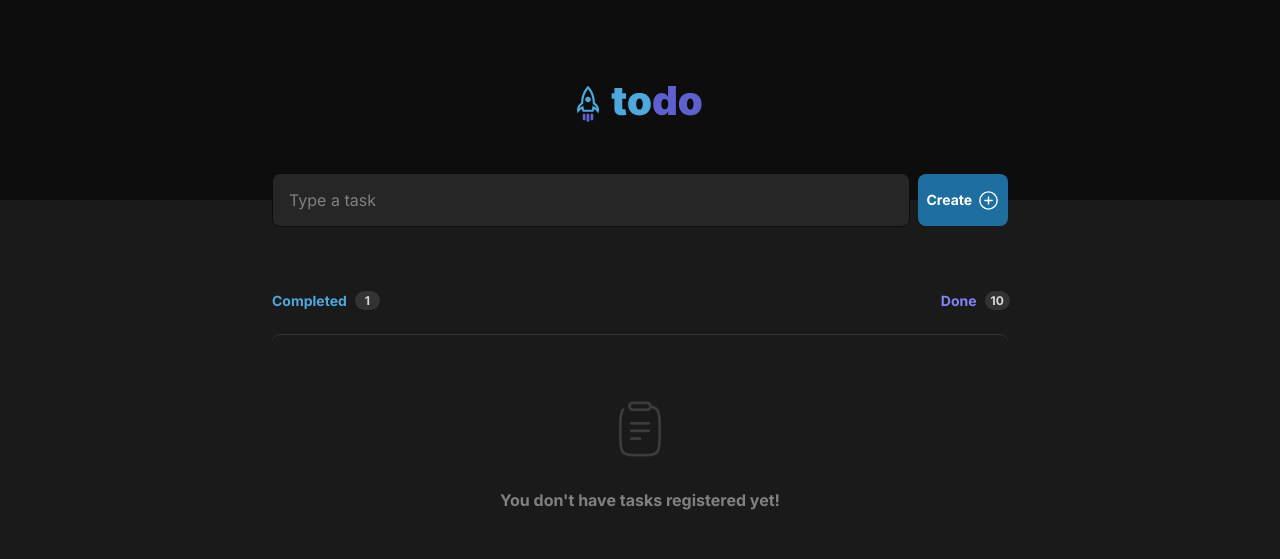
Repository: JoseGu1llardi/to-do-list-D01
Page: /
These files come from the project's save history. The page is drawn as it stood at one moment and after the next save; the edit follows.
The browser window is 1280 px wide. The pictures show the whole page.
The project was rebuilt for these pictures with package versions that can differ from the ones it lists, and the page was loaded fresh each time. Also part of the build but not shown: vite.config.ts.

Above is the page before, as saved 2023-03-11 19:17:35.

### index.html
<!DOCTYPE html>
<html lang="en">
  <head>
    <meta charset="UTF-8" />

    <link rel="preconnect" href="https://fonts.googleapis.com" />
    <link rel="preconnect" href="https://fonts.gstatic.com" crossorigin />

    <link
      href="https://fonts.googleapis.com/css2?family=Inter:wght@400;700&display=swap"
      rel="stylesheet"
    />

    <link rel="icon" type="image/svg+xml" href="/vite.svg" />
    <meta name="viewport" content="width=device-width, initial-scale=1.0" />
    <title>Vite + React + TS</title>
  </head>
  <body>
    <div id="root"></div>
    <script type="module" src="/src/main.tsx"></script>
  </body>
</html>

### src/App.tsx
import { Header } from "./components/Header"

import styles from './App.module.css';

import "./global.css"
import { Input } from "./components/Input";
import { Button } from "./components/Button";
import { Tasks } from "./components/Tasks";

function App() {
  return (
    <>
      <Header />

      <div className={styles.newTaskContainer}>
        <Input />
        <Button />
      </div>

      <div className={styles.tasksContainer}>
        <Tasks />
      </div>
    </>
  )
}

export default App

### src/components/Header/index.tsx
import Logo from '../../assets/Logo (1).svg'

import styles from './styles.module.css';

export function Header() {
    return (
        <header className={styles.container}>
            <img src={Logo} />
        </header>
    )
}

### src/App.module.css
.newTaskContainer {
  display: flex;
  flex-direction: row;
  align-items: center;
  padding: 0px;
  gap: 8px;

  position: absolute;
  width: 46rem;
  height: 3.375rem;
  left: calc(50% - 736px / 2);
  top: 10.8125rem;
}

.tasksContainer {
  display: flex;
  flex-direction: column;
  align-items: flex-start;
  padding: 0px;
  gap: 24px;

  position: absolute;
  width: 736px;
  height: 287px;
  left: calc(50% - 736px / 2);
  top: 291px;
}

### src/global.css
:root {
  // Base
  --gray-100: #f2f2f2;
  --gray-200: #d9d9d9;
  --gray-300: #808080;
  --gray-400: #333333;
  --gray-500: #262626;
  --gray-600: #1a1a1a;
  --gray-700: #0d0d0d;

  --danger: #e25858;

  // Product
  --purple: #8284fa;
  --dark-purple: #5e60ce;
  --blue: #4ea8de;
  --dark-blue: #1e6f9f;
}

* {
  margin: 0;
  padding: 0;
  box-sizing: border-box;
}

body {
  color: #fff;
  background: var(--gray-600);

  width: 100%;
  height: 100%;
  max-height: 1024px;
  position: relative;
}

body,
input,
textarea,
button {
  font-family: "Inter", sans-serif;
  font-weight: 400;
  font-size: 1rem;
}

### src/components/Input/index.tsx
import styles from './styles.module.css';

export function Input() {
    return (
        <input
            type="text"
            className={styles.input}
            placeholder='Type a task'
        />
    )
}

### src/components/Button/index.tsx
import { PlusCircle } from '@phosphor-icons/react'

import styles from './styles.module.css';

export function Button() {
    return (
        <button className={styles.button}>
            <span>Create</span>
            <PlusCircle size={23} />
        </button>
    )
}

### src/components/Tasks/index.tsx
import Clipboard from '../../assets/Clipboard.svg';

import styles from './styles.module.css';

export function Tasks() {
    return (
        <>
            <section className={styles.info}>

                <div className={styles.created}>
                    <span>Completed</span>
                    <div className={styles.counter}>
                        <p>1</p>
                    </div>
                </div>

                <div className={styles.done}>
                    <span>Done</span>
                    <div className={styles.counter}>
                        <p>10</p>
                    </div>
                </div>

            </section>

            <section className={styles.tasks}>
                <img src={Clipboard} alt="" />
                <strong>You don't have tasks registered yet!</strong>
                <span></span>
            </section>
        </>
    )
}

### src/components/Header/styles.module.css
.container {
  position: absolute;
  height: 12.5rem;
  max-width: 100%;
  left: 0;
  right: 0;
  top: 0;

  display: flex;
  align-items: center;
  justify-content: center;

  background: var(--gray-700);
}

.container img {
  position: absolute;
  width: 7.875rem;
  height: 3rem;
}

### src/components/Input/styles.module.css
.input {
  box-sizing: border-box;

  display: flex;
  flex-direction: row;
  align-items: center;
  padding: 16px;
  gap: 8px;

  width: 638px;
  height: 54px;

  background: var(--gray-500);
  color: #fff;

  border: 1px solid var(--gray-700);
  border-radius: 8px;

  flex: none;
  order: 0;
  flex-grow: 1;
}

.input::placeholder {
  color: var(--gray-300);
}

### src/components/Button/styles.module.css
.button {
  width: 90px;
  height: 52px;

  display: flex;
  flex-direction: row;
  align-items: center;
  justify-content: center;
  gap: 16px;

  border: 0;
  border-radius: 8px;

  background: var(--dark-blue);
  color: white;
}

.button span {
  width: 34px;
  height: 20px;

  font-weight: 700;
  font-size: 14px;
  line-height: 140%;

  color: var(--gray-100);

  flex: none;
  order: 0;
  flex-grow: 0;
}

.button img {
  width: 16px;
  height: 16px;

  flex: none;
  order: 1;
  flex-grow: 0;
}

### src/components/Tasks/styles.module.css
.info {
  display: flex;
  flex-direction: row;
  justify-content: space-between;
  align-items: flex-end;
  padding: 0px;
  gap: 561px;

  width: 736px;
  height: 19px;

  flex: none;
  order: 0;
  align-self: stretch;
  flex-grow: 0;
}

.created {
  display: flex;
  flex-direction: row;
  align-items: center;
  padding: 0px;
  gap: 8px;

  width: 139px;
  height: 19px;

  order: 0;
  flex-grow: 0;
}

.created span {
  font-family: "Inter";
  font-style: normal;
  font-weight: 700;
  font-size: 14px;
  line-height: 17px;

  color: var(--blue);

  flex: none;
  order: 0;
  flex-grow: 0;
}

.counter {
  display: flex;
  flex-direction: row;
  justify-content: center;
  align-items: center;
  padding: 2px 8px;
  gap: 10px;

  width: 25px;
  height: 19px;

  background: #333333;
  border-radius: 999px;

  order: 1;
  flex-grow: 0;
}

.counter p {
  font-style: normal;
  font-weight: 700;
  font-size: 12px;
  line-height: 15px;

  color: var(--gray-200);

  order: 1;
  flex-grow: 0;
}

.done {
  display: flex;
  flex-direction: row;
  align-items: center;
  padding: 0px;
  gap: 8px;

  width: 111px;
  height: 19px;
  right: -200;

  order: 1;
  flex-grow: 0;
}

.done span {
  font-family: "Inter";
  font-style: normal;
  font-weight: 700;
  font-size: 14px;
  line-height: 17px;

  color: #8284fa;

  flex: none;
  order: 0;
  flex-grow: 0;
}

.tasks {
  box-sizing: border-box;

  display: flex;
  flex-direction: column;
  justify-content: center;
  align-items: center;
  padding: 64px 24px;
  gap: 16px;

  width: 736px;
  height: 244px;

  border-top: 1px solid #333333;
  border-radius: 8px;

  flex: none;
  order: 1;
  align-self: stretch;
  flex-grow: 0;
}

.tasks img {
  width: 56px;
  height: 56px;

  flex: none;
  order: 0;
  flex-grow: 0;
}

.tasks strong {
  display: block;
  font-style: normal;
  font-weight: 700;
  font-size: 16px;
  line-height: 140%;

  text-align: center;

  color: var(--gray-300);

  flex: none;
  order: 1;
  align-self: stretch;
  flex-grow: 0;
}

Loaded but not shown: src/main.tsx (common file)

After the next save:
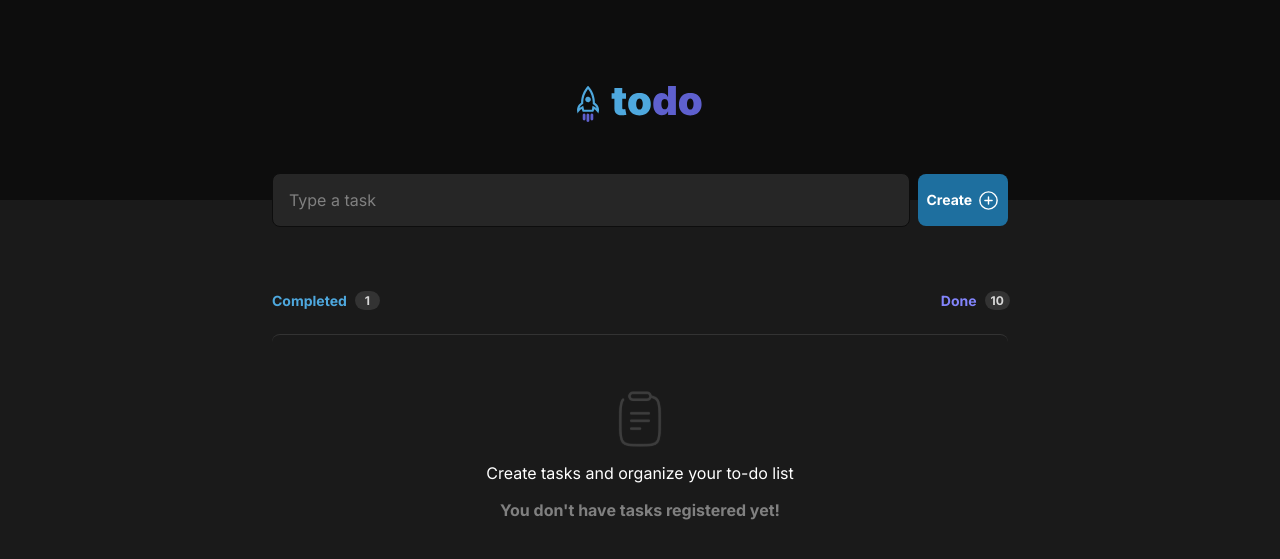
Saved 37 s later.
--- a/src/components/Tasks/index.tsx
+++ b/src/components/Tasks/index.tsx
@@ -26,7 +26,7 @@ export function Tasks() {
             <section className={styles.tasks}>
                 <img src={Clipboard} alt="" />
                 <strong>You don't have tasks registered yet!</strong>
-                <span></span>
+                <span>Create tasks and organize your to-do list</span>
             </section>
         </>
     )
